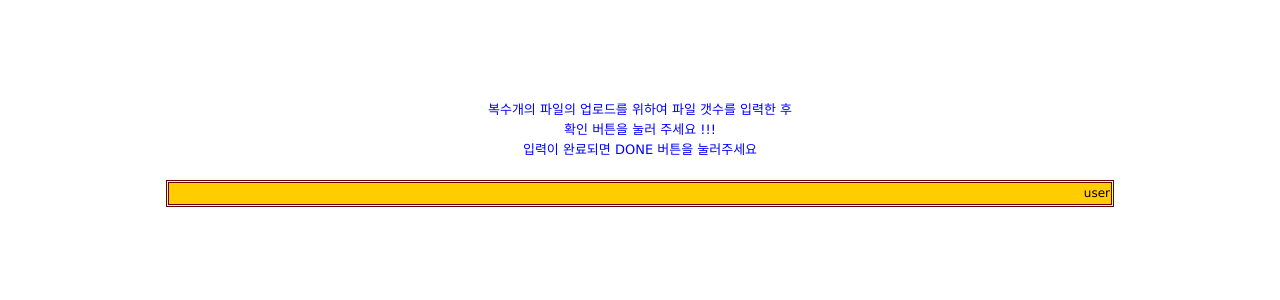
Repository: fatesky25/JSPprogram
Page: http://localhost/ServletProject/fileupload/fileSelect.jsp
These files come from the project's save history. The page is drawn as it stood at one moment and after the next save; the edit follows.
The browser window is 1280 px wide. The pictures show the whole page.
The page is served by Tomcat 9. Nobody is signed in. The application's start-up code is not run.

Above is the page before, as saved 2023-02-14 02:45:36.

After the next save:
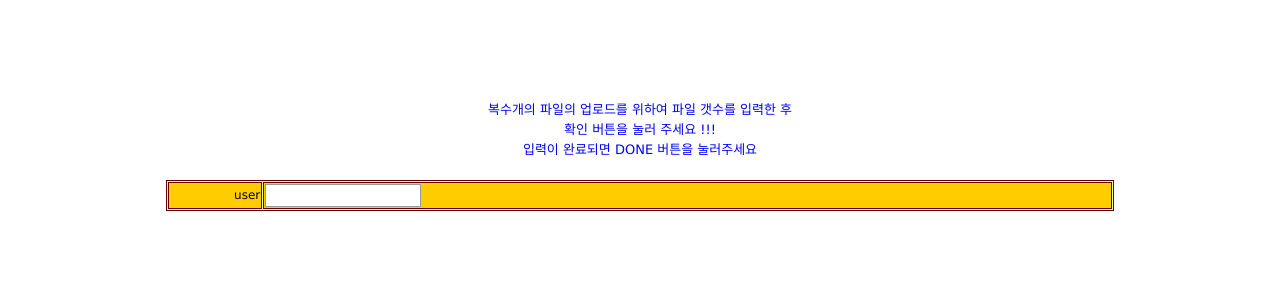
Saved 91 s later.
--- a/ServletProject/src/main/webapp/fileupload/fileSelect.jsp
+++ b/ServletProject/src/main/webapp/fileupload/fileSelect.jsp
@@ -22,8 +22,12 @@
 <form name="frmName1" method="post">
 <table width="75%" border="1" align="center" cellpadding="1"
 cellspacing="1" bordercolor="#660000" bgcolor="#FFFF99">
+
 <tr  bgcolor="#FFCC00">
   <td width="10%"><div align="right">user</div></td>
+  <td><input type="text" name="user"
+  onkeyup="inputValue(this.form.userfrmName2,0)">
+  </td>
 </tr>
 
 </table>
